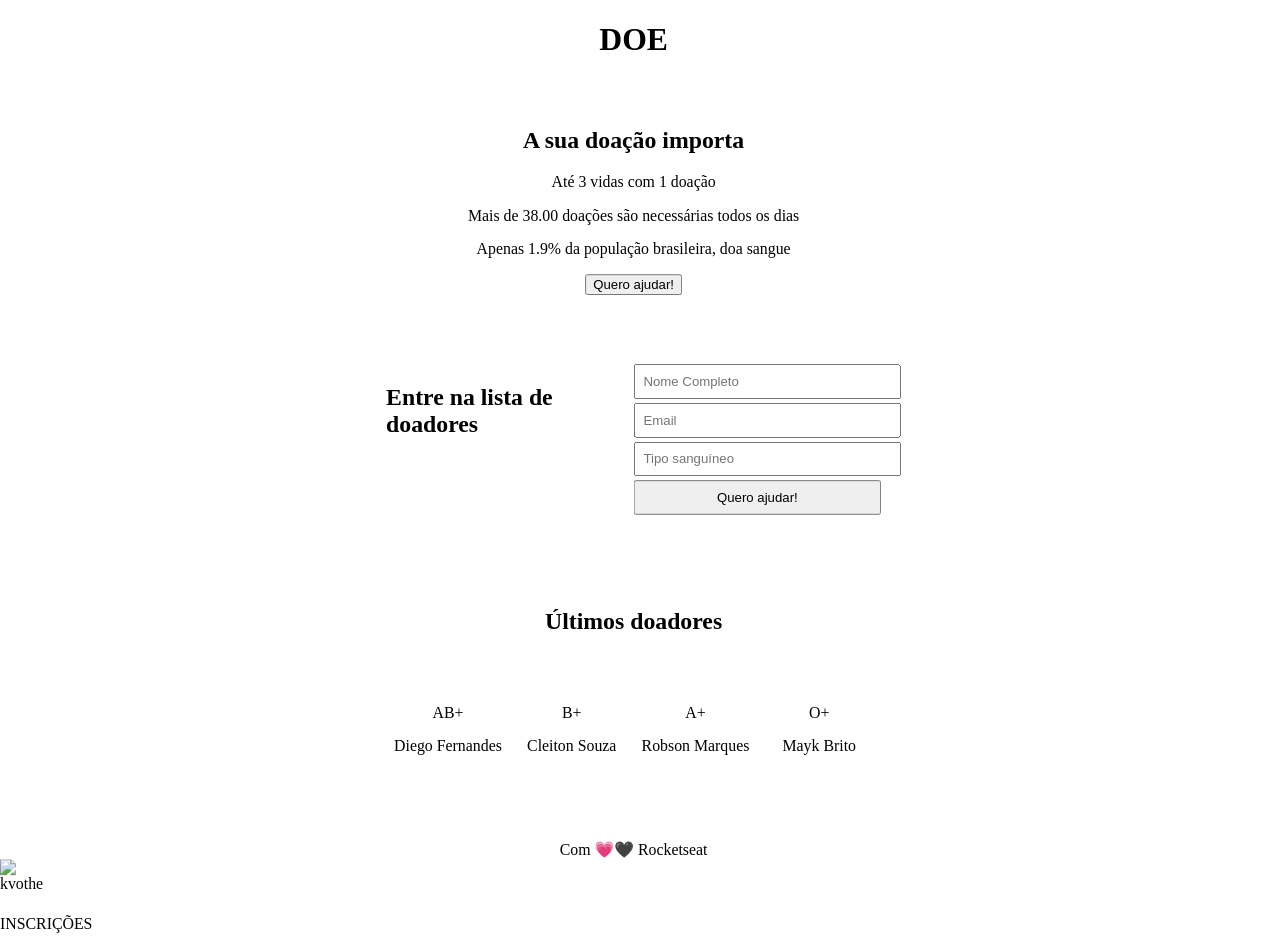
Repository: lucas-silva-dev/Doe
Page: index.html
These files come from the project's save history. The page is drawn as it stood at one moment and after the next save; the edit follows.
The browser window is 1280 px wide. The pictures show the whole page, at 99% of full size.
Some web fonts or font styles are not loaded; a fallback is used.

Above is the page before, as saved 2020-02-18 14:49:40.
Not found: aurikvothe.jpeg

### index.html
<!DOCTYPE html>
<!-- HTML
  HYPERTEXT
    Texto que contém links para outros documentos

  MARKUP
    Texto conterá marcações
    <tags>

  LANGUAGE
    Para comunicar de certa maneira. Sintaxe específica
-->
<html>

<head>
  <!-- são as configurações da minha página-->
  <title>Doe sangue! Doe vida!</title>

  <link rel="stylesheet" href="style.css">
  <link href="https://fonts.googleapis.com/css?family=Asap|Asap+Condensed&display=swap" rel="stylesheet">

</head>

<body>
  <!-- Aqui vem todo conteúdo visível para o usuário, dentro de certa página-->
  <header>
    <h1>DOE</h1>
    <h2>A sua doação importa</h2>
    <p>Até 3 vidas com 1 doação</p>
    <p>Mais de 38.00 doações são necessárias todos os dias</p>
    <p>Apenas 1.9% da população brasileira, doa sangue</p>
    <button>Quero ajudar!</button>
  </header>

  <section class="form">
    <h2>Entre na lista de doadores</h2>
    <form action="/">
      <input type="text" name="name" placeholder="Nome Completo">
      <input type="text" name="email" placeholder="Email">
      <input type="text" name="blood" placeholder="Tipo sanguíneo">
      <button type="submit">Quero ajudar!</button>
    </form>
  </section>

  <main>
    <h2>Últimos doadores</h2>

    <section class="donors">
      <div class="donor">
        <div class="blood">AB+</div>
        <p>Diego Fernandes</p>
      </div>
      <div class="donor">
        <div class="blood">B+</div>
        <p>Cleiton Souza</p>
      </div>
      <div class="donor">
        <div class="blood">A+</div>
        <p>Robson Marques</p>
      </div>
      <div class="donor">
        <div class="blood">O+</div>
        <p>Mayk Brito</p>
      </div>
    </section>
  </main>

  <footer> Com 💗🖤 Rocketseat</footer>


  <img src="aurikvothe.jpeg" alt="kvothe">
  <div class="cred">
    <p>INSCRIÇÕES</p>
  </div>
</body>

</html>

### style.css
/*
  CASCADING STYLESHEET
*/

/* GLOBAL */
html,
body {
  margin: 0;
  box-sizing: border-box;
}

body {
  display: flex;
  flex-direction: column;
  /* height: 100vh; */
}

/* TITULOS */
header h1,
main h2 {
  margin-bottom: 70px;
}

/* ESTRUTURA */
header,
main,
footer {
  /* alinhamento de textos */
  text-align: center;
}

header,
.form,
main {
  /* espaçamentos com margin */
  margin: 0 auto 70px;

  /* limites dos elementos */
  width: 90%;
  max-width: 500px;
}

/* FORM */
section.form {
  display: grid;
  grid-template-columns: 1fr 1fr;
}

form input,
form button {
  width: 100%;
  margin-bottom: 4px;
  padding: 8px;
}
/* MAIN */
main .donors {
  display: grid;
  grid-template-columns: 1fr 1fr 1fr 1fr;
}

footer {
  margin-top: auto;
}

css {
  text-align: center;
  font-family: "Asap", sans-serif;
  font-size: 60px;
  font-weight: bold;
  background: #00ae9d;
  /* box-shadow: 0px 4px 4px rgba(0, 0, 0, 0.25), 0px 4px 4px rgba(0, 0, 0, 0.25); */
  color: #c9d200;
  mix-blend-mode: normal;
  border: 30px solid #00ae9d;
  text-shadow: 3.5px 4px 3px #ffffff;
}

img {
  width: 50px;
  height: 40px;
}

After the next save:
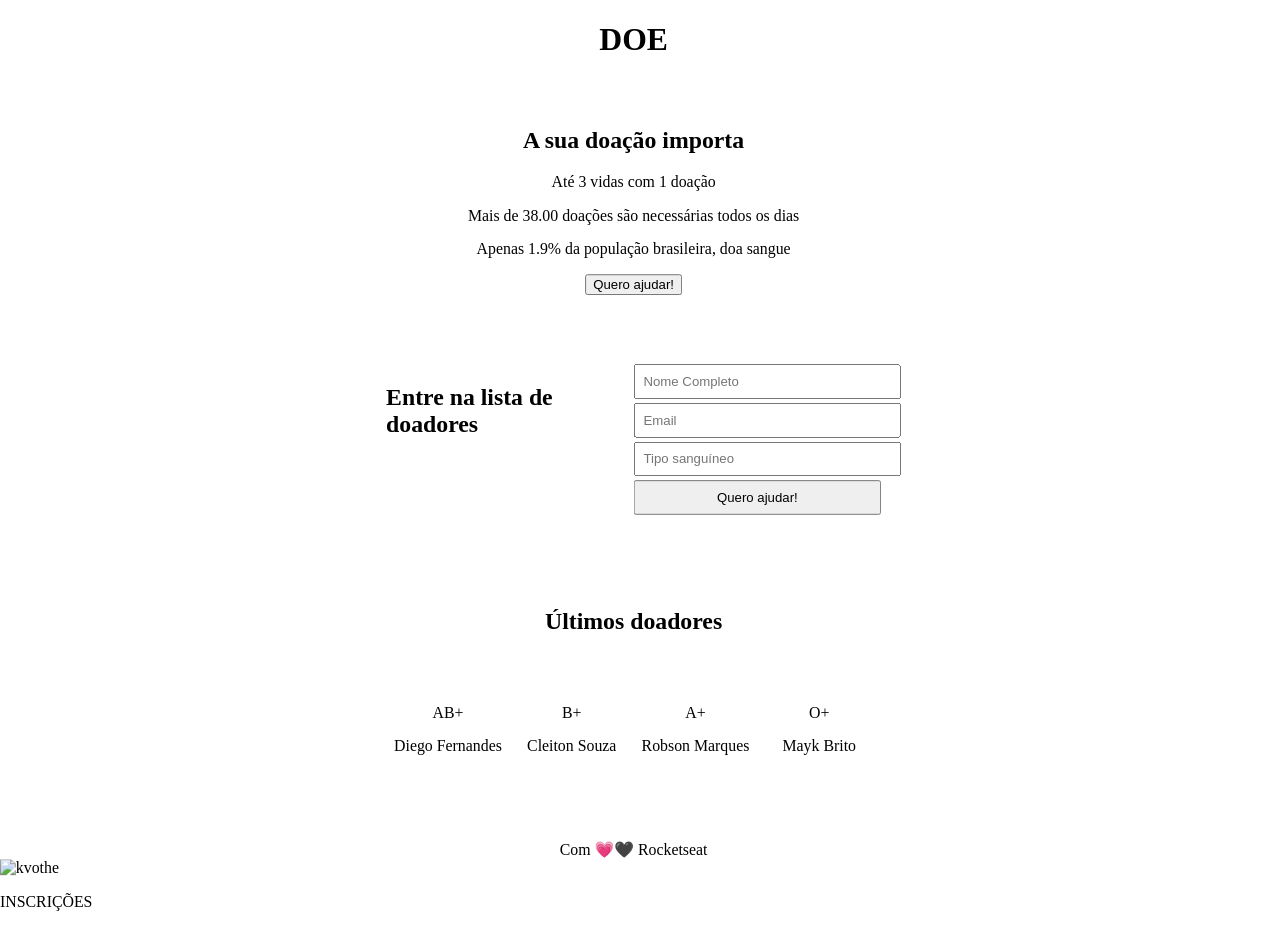
Saved 76 min 39 s later.
--- a/style.css
+++ b/style.css
@@ -61,21 +61,3 @@ main .donors {
 footer {
   margin-top: auto;
 }
-
-css {
-  text-align: center;
-  font-family: "Asap", sans-serif;
-  font-size: 60px;
-  font-weight: bold;
-  background: #00ae9d;
-  /* box-shadow: 0px 4px 4px rgba(0, 0, 0, 0.25), 0px 4px 4px rgba(0, 0, 0, 0.25); */
-  color: #c9d200;
-  mix-blend-mode: normal;
-  border: 30px solid #00ae9d;
-  text-shadow: 3.5px 4px 3px #ffffff;
-}
-
-img {
-  width: 50px;
-  height: 40px;
-}
